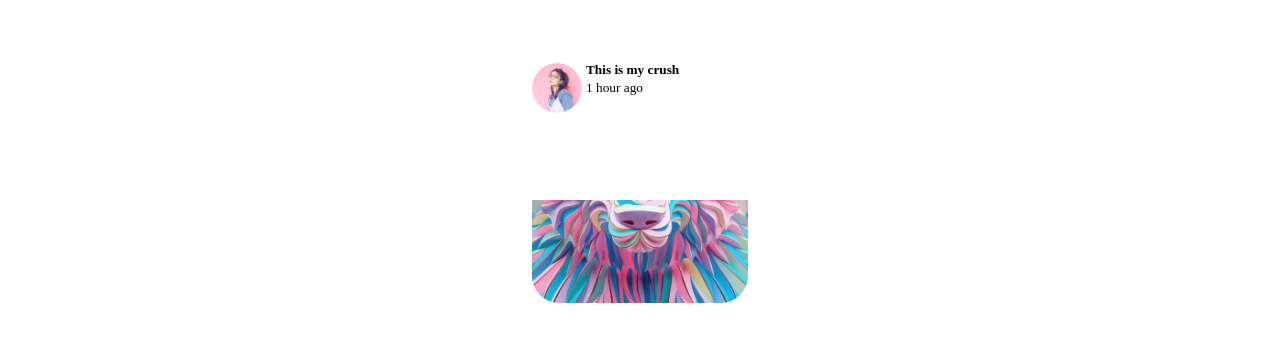
Repository: longNT0dev/C4E132
Page: SS4/index.html
These files come from the project's save history. The page is drawn as it stood at one moment and after the next save; the edit follows.
The browser window is 1280 px wide. The pictures show the whole page.

Above is the page before, as saved 2022-10-02 21:53:17.

After the next save:
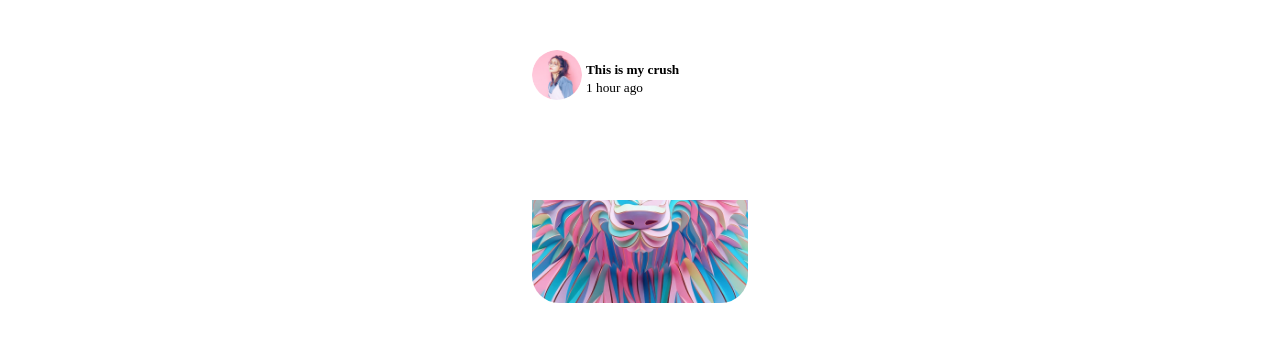
Saved 33 s later.
--- a/SS4/style.css
+++ b/SS4/style.css
@@ -32,7 +32,7 @@
     width: 50px;
     height: 50px;
     border-radius: 50%;
-    vertical-align: middle;
+    vertical-align: top;
 }
 
 .overlay-information .content {
